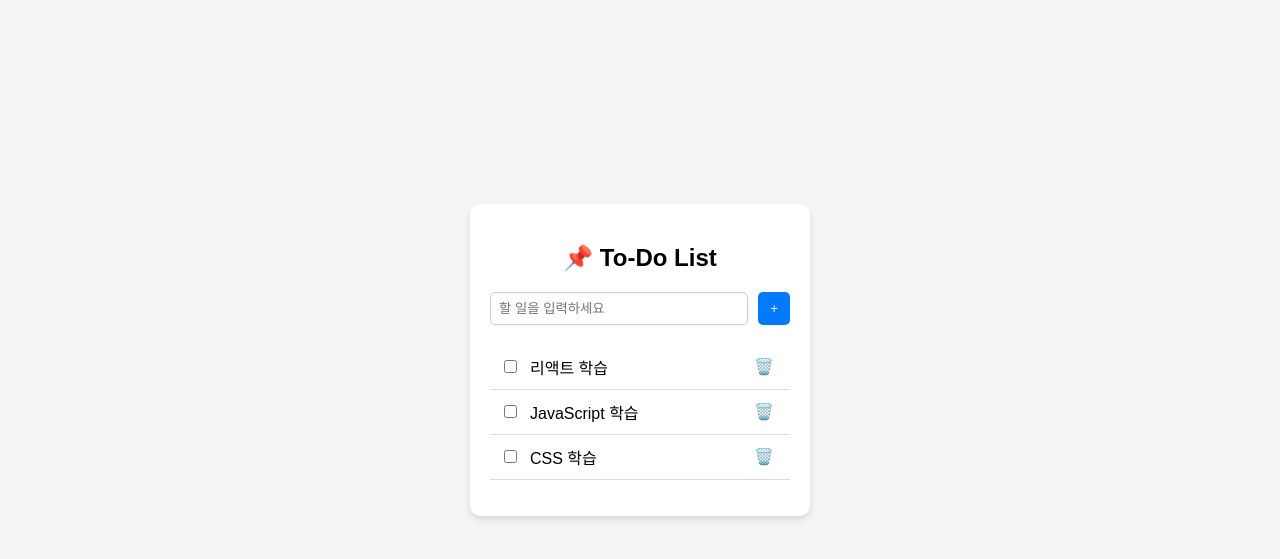
Repository: jongheonleee/todo-list
Page: /
The author's editor kept a copy of each file at every save. The page is drawn from the files as they stood at one save, then again after the next save.
The browser window is 1280 px wide. The pictures show the whole page.
The project was rebuilt for these pictures with package versions that can differ from the ones it lists, and the page was loaded fresh each time. Also part of the build but not shown: src/components/ToDoItem.css, src/components/ToDoItem.js, src/components/ToDoList.css, src/components/ToDoList.js.

Above is the page before, as saved 2025-02-18 15:03:13.

### src/App.js

import React from "react";
import "./App.css";
import InputForm from "./components/InputForm";
import ToDoList from "./components/ToDoList";


const App = () => {
  // 기본적으로 보여줄 리스트
  const items = [
    {
      id : 1,
      text : "리액트 학습",
      done : false
    },

    {
      id : 2,
      text : "JavaScript 학습",
      done : false
    },

    {
      id : 3,
      text : "CSS 학습",
      done : false
    }
  ];


  return (
    <div className="container">
      <div className="sub-container">
        <h2>📌 To-Do List</h2>

        {/* 입력 부분  */}
        <div className="input-area">
          <input type="text" placeholder="할 일을 입력하세요" />
          <button className="add-btn">+</button>
        </div>

        {/* todo-list 부분 */}
        <ul className="todo-list">
          <li>
            <div className="todo-item">
              <input type="checkbox" />
              <span>리액트 학습</span>
            </div>
            <button className="delete-btn">🗑️</button>
          </li>
          <li>
            <div className="todo-item">
              <input type="checkbox" />
              <span>JavaScript 학습</span>
            </div>
            <button className="delete-btn">🗑️</button>
          </li>
          <li>
            <div className="todo-item">
              <input type="checkbox" />
              <span>CSS 학습</span>
            </div>
            <button className="delete-btn">🗑️</button>
          </li>
        </ul>

      </div>
    </div>
  );
}

export default App;

### src/App.css
/* styles.css */
.container {
  font-family: Arial, sans-serif;
  background-color: #f4f4f4;
  display: flex;
  justify-content: center;
  align-items: center;
  height: 100vh;
  margin: 0;
}

.sub-container {
  background: white;
  padding: 20px;
  border-radius: 10px;
  box-shadow: 0 4px 6px rgba(0, 0, 0, 0.1);
  width: 300px;
}

h2 {
  text-align: center;
  margin-bottom: 20px;
}

.input-area {
  display: flex;
  gap: 10px;
}

input[type="text"] {
  flex: 1;
  padding: 8px;
  border: 1px solid #ccc;
  border-radius: 5px;
}

.add-btn {
  background: #007bff;
  color: white;
  border: none;
  padding: 8px 12px;
  cursor: pointer;
  border-radius: 5px;
}

.add-btn:hover {
  background: #0056b3;
}

.todo-list {
  list-style: none;
  padding: 0;
  margin-top: 20px;
}

.todo-list li {
  display: flex;
  justify-content: space-between;
  align-items: center;
  padding: 10px;
  border-bottom: 1px solid #ddd;
}

.todo-item {
  display: flex;
  align-items: center;
  gap: 10px;
}

.delete-btn {
  background: none;
  border: none;
  color: red;
  cursor: pointer;
  font-size: 16px;
}

.delete-btn:hover {
  color: darkred;
}

### src/components/InputForm.css
.input-area {
    display: flex;
    gap: 10px;
  }

  input[type="text"] {
    flex: 1;
    padding: 8px;
    border: 1px solid #ccc;
    border-radius: 5px;
  }

  .add-btn {
    background: #007bff;
    color: white;
    border: none;
    padding: 8px 12px;
    cursor: pointer;
    border-radius: 5px;
  }

  .add-btn:hover {
    background: #0056b3;
  }

### src/components/InputForm.js
import React from "react";
import "./InputForm.css";

const InputForm = () => {
    <div className="input-area">
        <input type="text" placeholder="할 일을 입력하세요" />
        <button className="add-btn">+</button>
    </div>
}

export default InputForm;

Loaded but not shown: public/index.html (common file); src/index.js (common file); src/index.css (common file); src/reportWebVitals.js (common file)

After the next save:
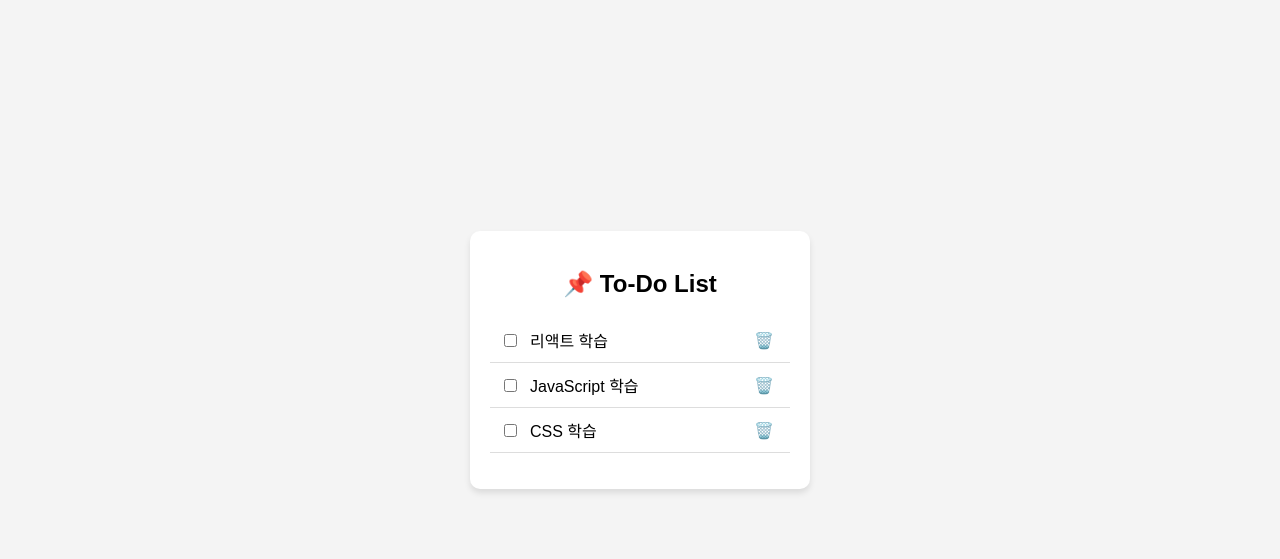
Saved 18 s later.
--- a/src/App.js
+++ b/src/App.js
@@ -34,10 +34,12 @@
         <h2>📌 To-Do List</h2>
 
         {/* 입력 부분  */}
-        <div className="input-area">
+        {/* <div className="input-area">
           <input type="text" placeholder="할 일을 입력하세요" />
           <button className="add-btn">+</button>
-        </div>
+        </div> */}
+
+        <InputForm />
 
         {/* todo-list 부분 */}
         <ul className="todo-list">

After the 3 saves that followed:
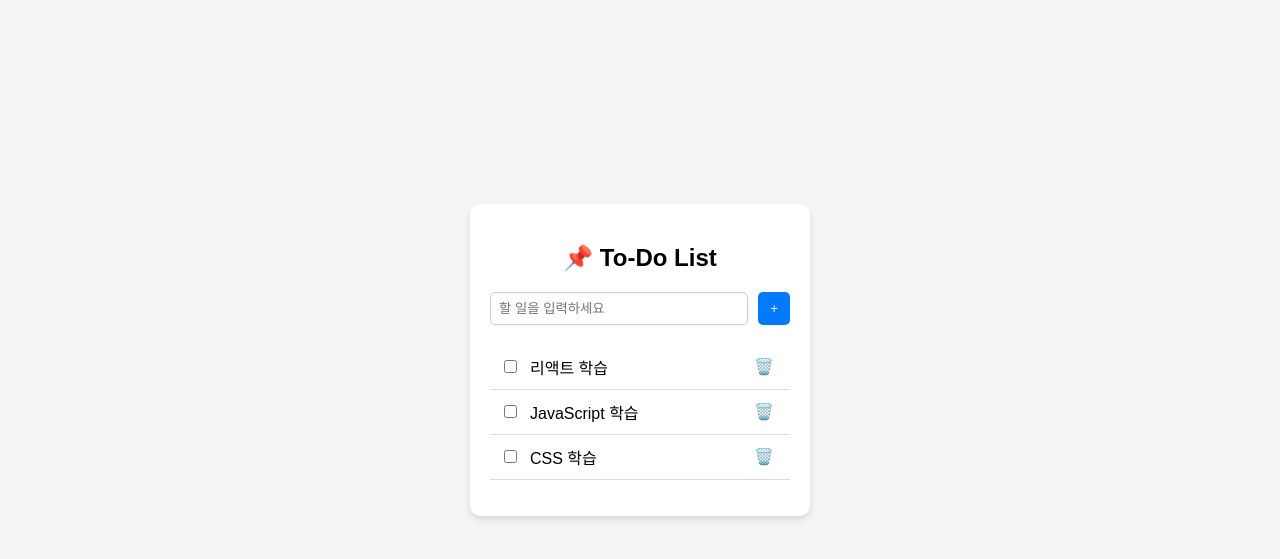
The 3 saves are shown as one change because 2 left the picture as it was.
The last was saved 67 s later.
--- a/src/App.js
+++ b/src/App.js
@@ -34,12 +34,12 @@
         <h2>📌 To-Do List</h2>
 
         {/* 입력 부분  */}
-        {/* <div className="input-area">
+        <div className="input-area">
           <input type="text" placeholder="할 일을 입력하세요" />
           <button className="add-btn">+</button>
-        </div> */}
+        </div>
 
-        <InputForm />
+        {/* <InputForm /> */}
 
         {/* todo-list 부분 */}
         <ul className="todo-list">
--- a/src/components/InputForm.css
+++ b/src/components/InputForm.css
@@ -1,24 +1,24 @@
 .input-area {
     display: flex;
     gap: 10px;
-  }
+}
 
-  input[type="text"] {
+input[type="text"] {
     flex: 1;
     padding: 8px;
     border: 1px solid #ccc;
     border-radius: 5px;
-  }
+}
 
-  .add-btn {
+.add-btn {
     background: #007bff;
     color: white;
     border: none;
     padding: 8px 12px;
     cursor: pointer;
     border-radius: 5px;
-  }
+}
 
-  .add-btn:hover {
+.add-btn:hover {
     background: #0056b3;
-  }
+}
